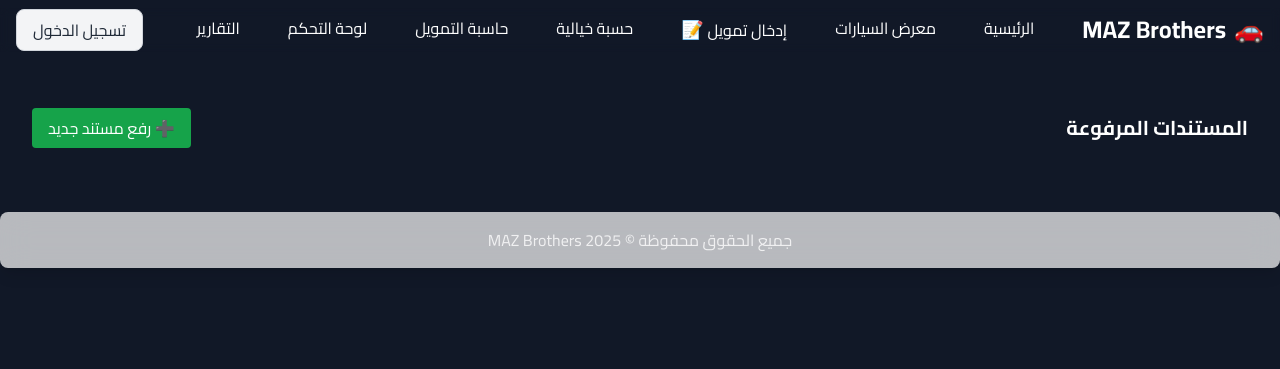
Repository: mazroni9/car-finance2
Page: /admin/dashboard/documents
These files come from the project's save history. The page is drawn as it stood at one moment and after the next save; the edit follows.
The browser window is 1280 px wide. The pictures show the whole page.
The page's requests for data from a server got no answer. The project was rebuilt for these pictures with package versions that can differ from the ones it lists, and the page was loaded fresh each time. Some packages were replaced by stand-ins written for this rebuild. The framework's server and built-in components were replaced by stand-ins that run in the browser. No one was signed in, and anything a server would have sent is missing. Also part of the build but not shown: next.config.mjs.

Above is the page before, as saved 2025-07-02 10:17:41.

### src/app/layout.tsx
import { Cairo } from "next/font/google";
import Navigation from "@/components/Navigation";
import "./globals.css";
import { metadata } from "./metadata";

const cairo = Cairo({
  subsets: ["arabic"],
  display: 'swap',
  adjustFontFallback: false
});

export { metadata };

export default function RootLayout({
  children,
}: {
  children: React.ReactNode;
}) {
  return (
    <html lang="ar" dir="rtl">
      <body className={cairo.className} suppressHydrationWarning>
        <Navigation />
        <main className="container mx-auto px-4 py-8">
          {children}
        </main>
        <footer className="glass-card mt-auto p-4">
          <div className="container mx-auto text-center">
            <p className="opacity-80">جميع الحقوق محفوظة © 2025 MAZ Brothers</p>
          </div>
        </footer>
      </body>
    </html>
  );
}

### src/app/admin/dashboard/documents/page.tsx
/**
 * @file /src/app/admin/dashboard/documents/page.tsx
 * @description عرض المستندات المرفوعة مع اسم المستخدم المرتبط بها من جدول users
 * @table documents
 * @created 2025-06-26
 */

'use client'

import React, { useEffect, useState } from 'react'
import { supabase } from '@/lib/services/supabase'
import type { Database } from '@/types/supabase'
import Link from 'next/link'

type DocumentWithUser = Database['public']['Tables']['documents']['Row'] & {
  users: { full_name: string | null } | null
}

export default function DocumentsPage() {
  const [docs, setDocs] = useState<DocumentWithUser[]>([])
  const [loadingId, setLoadingId] = useState<string | null>(null)

  useEffect(() => {
    fetchDocuments()
  }, [])

  const fetchDocuments = async () => {
    const { data, error } = await supabase
      .from('documents')
      .select('*')
      .order('created_at', { ascending: false })

    if (error) {
      console.error('Error fetching documents:', error)
      return
    }

    setDocs(data || [])
  }

  const handleDelete = async (doc: DocumentWithUser) => {
    if (!confirm('هل أنت متأكد من حذف هذا المستند؟')) return

    setLoadingId(doc.id)
    try {
      const { error } = await supabase
        .from('documents')
        .delete()
        .eq('id', doc.id)

      if (error) throw error

      await fetchDocuments()
    } catch (error) {
      console.error('Error deleting document:', error)
    } finally {
      setLoadingId(null)
    }
  }

  return (
    <div className="p-4">
      <div className="flex justify-between items-center mb-4">
        <h1 className="text-xl font-bold">المستندات المرفوعة</h1>
        <Link
          href="/admin/dashboard/documents/upload"
          className="bg-green-600 text-white px-4 py-2 rounded hover:bg-green-700"
        >
          ➕ رفع مستند جديد
        </Link>
      </div>

      <div className="grid gap-4 md:grid-cols-2 lg:grid-cols-3">
        {docs.map((doc) => (
          <div key={doc.id} className="border rounded p-4 shadow bg-white">
            <h3 className="font-bold">{doc.description || 'بدون وصف'}</h3>
            <p className="text-sm text-gray-500 mb-1">النوع: {doc.file_type}</p>
            <p className="text-sm text-gray-500 mb-1">
              المستخدم: {doc.users?.full_name || doc.user_id}
            </p>
            <p className="text-sm text-gray-500">
              {new Date(doc.created_at).toLocaleDateString()}
            </p>
            {doc.file_url && (
              <div className="mt-2 flex gap-2">
                <a
                  href={doc.file_url}
                  target="_blank"
                  rel="noopener noreferrer"
                  className="text-blue-600 hover:underline"
                >
                  فتح الملف
                </a>
                <button
                  onClick={() => handleDelete(doc)}
                  disabled={loadingId === doc.id}
                  className="text-red-600 hover:underline"
                >
                  {loadingId === doc.id ? 'Deleting...' : 'Delete'}
                </button>
              </div>
            )}
          </div>
        ))}
      </div>
    </div>
  )
}

### src/components/Navigation.tsx
'use client';

import Link from 'next/link';
import { usePathname } from 'next/navigation';

export default function Navigation() {
  const pathname = usePathname();

  return (
    <header className="sticky top-0 z-50 w-full backdrop-blur-sm">
      <nav className="mx-4 my-2">
        <div className="container mx-auto">
          <div className="flex items-center justify-between">
            <div className="flex items-center gap-8">
              <Link href="/" className="flex items-center gap-2">
                <span className="text-2xl">🚗</span>
                <h1 className="text-2xl font-bold">MAZ Brothers</h1>
              </Link>
              <div className="flex gap-4">
                <Link
                  href="/"
                  className={`nav-link ${pathname === '/' ? 'bg-white/10' : ''}`}
                >
                  الرئيسية
                </Link>
                <Link
                  href="/cars"
                  className={`nav-link ${pathname === '/cars' ? 'bg-white/10' : ''}`}
                >
                  معرض السيارات
                </Link>
                <Link
                  href="/admin/car-finance-entry"
                  className={`nav-link ${pathname === '/admin/car-finance-entry' ? 'bg-white/10' : ''}`}
                >
                  <span className="flex items-center gap-1">
                    <span>إدخال تمويل</span>
                    <span className="text-lg">📝</span>
                  </span>
                </Link>
                <Link
                  href="/car-finance"
                  className={`nav-link ${pathname === '/car-finance' ? 'bg-white/10' : ''}`}
                >
                  حسبة خيالية
                </Link>
                <Link
                  href="/finance"
                  className={`nav-link ${pathname === '/finance' ? 'bg-white/10' : ''}`}
                >
                  حاسبة التمويل
                </Link>
                <Link
                  href="/dashboard"
                  className={`nav-link ${pathname === '/dashboard' ? 'bg-white/10' : ''}`}
                >
                  لوحة التحكم
                </Link>
                <Link
                  href="/reports"
                  className={`nav-link ${pathname === '/reports' ? 'bg-white/10' : ''}`}
                >
                  التقارير
                </Link>
              </div>
            </div>
            <div className="flex items-center gap-4">
              <button className="button-secondary">تسجيل الدخول</button>
            </div>
          </div>
        </div>
      </nav>
      <style jsx>{`
        .nav-link {
          @apply px-4 py-2 rounded-lg text-white/90 hover:bg-white/10 transition-colors;
        }
        .button-secondary {
          @apply px-4 py-2 rounded-lg bg-white/10 text-white hover:bg-white/20 transition-colors;
        }
      `}</style>
    </header>
  );
}

### src/app/globals.css
@tailwind base;
@tailwind components;
@tailwind utilities;

/* Add custom styles for RTL inputs and selects */
select, input {
  text-align: right !important;
}

select option {
  text-align: right !important;
  direction: rtl !important;
}

/* Fix select appearance */
select {
  -webkit-appearance: none;
  -moz-appearance: none;
  appearance: none;
  background-image: url("data:[embedded picture, 232 characters]");
  background-position: left 0.5rem center;
  background-repeat: no-repeat;
  background-size: 1.5em 1.5em;
  padding-left: 2.5rem;
}

/* Ensure text is visible */
select, input, option {
  color: #111827 !important; /* text-gray-900 */
  font-size: 1rem !important;
}

:root {
  --primary: #2563eb;
  --secondary: #64748b;
}

@layer base {
  body {
    @apply bg-gray-900 text-white;
  }
}

@layer components {
  .glass-card {
    @apply bg-white bg-opacity-70 backdrop-blur-lg rounded-lg shadow-lg;
  }

  .button-primary {
    @apply bg-blue-600 text-white rounded-lg px-4 py-2 hover:bg-blue-700 transition-colors duration-200 inline-block;
  }

  .button-secondary {
    @apply bg-gray-100 text-gray-800 rounded-lg px-4 py-2 hover:bg-gray-200 transition-colors duration-200 inline-block border border-gray-300;
  }

  .nav-link {
    @apply px-4 py-2 rounded-lg hover:bg-white/10 transition-colors;
  }

  .countdown-box {
    @apply flex items-center justify-center bg-white/10 rounded-lg p-3 backdrop-blur-sm;
  }

  .countdown-number {
    @apply text-2xl font-bold text-white/90;
  }

  .countdown-label {
    @apply text-sm text-white/70;
  }

  .input-field {
    @apply w-full p-2 rounded-lg bg-white/10 border border-white/10 focus:outline-none focus:border-[var(--text-primary)] text-[var(--text-primary)];
  }

  .input-field::placeholder {
    color: var(--text-secondary);
    opacity: 0.5;
  }

  .select-field {
    @apply w-full p-2 rounded-lg bg-white/10 border border-white/10 focus:outline-none focus:border-[var(--text-primary)] text-[var(--text-primary)];
  }

  .error-message {
    @apply bg-[var(--error-light)] bg-opacity-10 text-[var(--error-text)] text-opacity-90 rounded-lg p-2;
  }

  .error-box {
    @apply bg-[var(--error-light)] bg-opacity-10 text-[var(--error-text)] text-opacity-90 rounded-lg px-3 py-2 flex items-center gap-2;
  }

  .error-count {
    @apply bg-[var(--error-light)] bg-opacity-10 text-[var(--error-text)] text-opacity-90 rounded-full px-2 py-1 text-sm flex items-center gap-1;
  }

  .stat-card {
    @apply glass-card p-6;
  }

  .stat-value {
    @apply text-3xl font-bold text-[var(--text-primary)];
  }

  .stat-label {
    @apply text-sm text-[var(--text-secondary)];
  }

  .form-label {
    @apply block text-sm mb-2 text-[var(--text-primary)];
  }

  .form-value {
    @apply text-[var(--text-primary)] text-lg;
  }
}

/* تحريك الخلفية */
@keyframes gradientAnimation {
  0% { background-position: 0% 50%; }
  50% { background-position: 100% 50%; }
  100% { background-position: 0% 50%; }
}

.animated-gradient {
  background: linear-gradient(135deg,
    rgb(224, 236, 228) 0%,
    rgb(209, 227, 217) 50%,
    rgb(196, 215, 204) 100%
  );
  position: fixed;
  top: 0;
  left: 0;
  right: 0;
  bottom: 0;
  z-index: -1;
}

/* تأثيرات إضافية */
.hover-card {
  @apply transition-colors;
}

.hover-card:hover {
  @apply bg-white/10;
}

### src/app/metadata.ts
import type { Metadata } from "next";

export const metadata: Metadata = {
  title: "نظام تمويل السيارات | MAZ Brothers",
  description: "نظام إدارة تمويل وتقسيط السيارات",
};

### src/lib/services/supabase.ts
// src/lib/services/supabase.ts

import { createClient } from '@supabase/supabase-js';
import type { Database } from '@/types/supabase';

if (!process.env.NEXT_PUBLIC_SUPABASE_URL || !process.env.NEXT_PUBLIC_SUPABASE_ANON_KEY) {
  throw new Error('Missing Supabase environment variables');
}

export const supabase = createClient<Database>(
  process.env.NEXT_PUBLIC_SUPABASE_URL,
  process.env.NEXT_PUBLIC_SUPABASE_ANON_KEY,
  {
    auth: {
      persistSession: false
    }
  }
);

export default supabase;

### tailwind.config.js
/** @type {import('tailwindcss').Config} */
module.exports = {
  content: [
    './src/pages/**/*.{js,ts,jsx,tsx,mdx}',
    './src/components/**/*.{js,ts,jsx,tsx,mdx}',
    './src/app/**/*.{js,ts,jsx,tsx,mdx}',
  ],
  theme: {
    extend: {
      colors: {
        primary: 'var(--primary)',
        secondary: 'var(--secondary)',
      },
    },
  },
  plugins: [],
}

### src/components/ui/back-button.tsx
'use client';

import { useRouter } from 'next/navigation';

interface BackButtonProps {
  label?: string;
  className?: string;
}

export function BackButton({ label = 'رجوع', className = '' }: BackButtonProps) {
  const router = useRouter();

  return (
    <button
      onClick={() => router.back()}
      className={`flex items-center gap-2 px-4 py-2 text-sm font-medium text-gray-700 bg-white border border-gray-300 rounded-lg hover:bg-gray-50 focus:outline-none focus:ring-2 focus:ring-offset-2 focus:ring-blue-500 ${className}`}
    >
      <svg
        xmlns="http://www.w3.org/2000/svg"
        className="w-4 h-4 rotate-180"
        viewBox="0 0 20 20"
        fill="currentColor"
      >
        <path
          fillRule="evenodd"
          d="M10.293 3.293a1 1 0 011.414 0l6 6a1 1 0 010 1.414l-6 6a1 1 0 01-1.414-1.414L14.586 11H3a1 1 0 110-2h11.586l-4.293-4.293a1 1 0 010-1.414z"
          clipRule="evenodd"
        />
      </svg>
      {label}
    </button>
  );
}

After the next save:
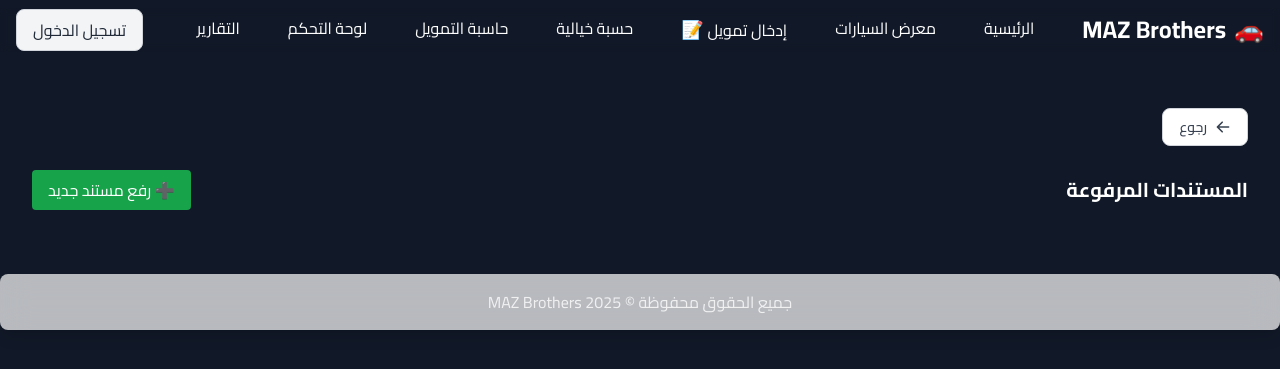
Saved 21 s later.
--- a/src/app/admin/dashboard/documents/page.tsx
+++ b/src/app/admin/dashboard/documents/page.tsx
@@ -11,6 +11,7 @@ import React, { useEffect, useState } from 'react'
 import { supabase } from '@/lib/services/supabase'
 import type { Database } from '@/types/supabase'
 import Link from 'next/link'
+import { BackButton } from '@/components/ui/back-button'
 
 type DocumentWithUser = Database['public']['Tables']['documents']['Row'] & {
   users: { full_name: string | null } | null
@@ -60,6 +61,10 @@ export default function DocumentsPage() {
 
   return (
     <div className="p-4">
+      <div className="mb-6">
+        <BackButton />
+      </div>
+
       <div className="flex justify-between items-center mb-4">
         <h1 className="text-xl font-bold">المستندات المرفوعة</h1>
         <Link
